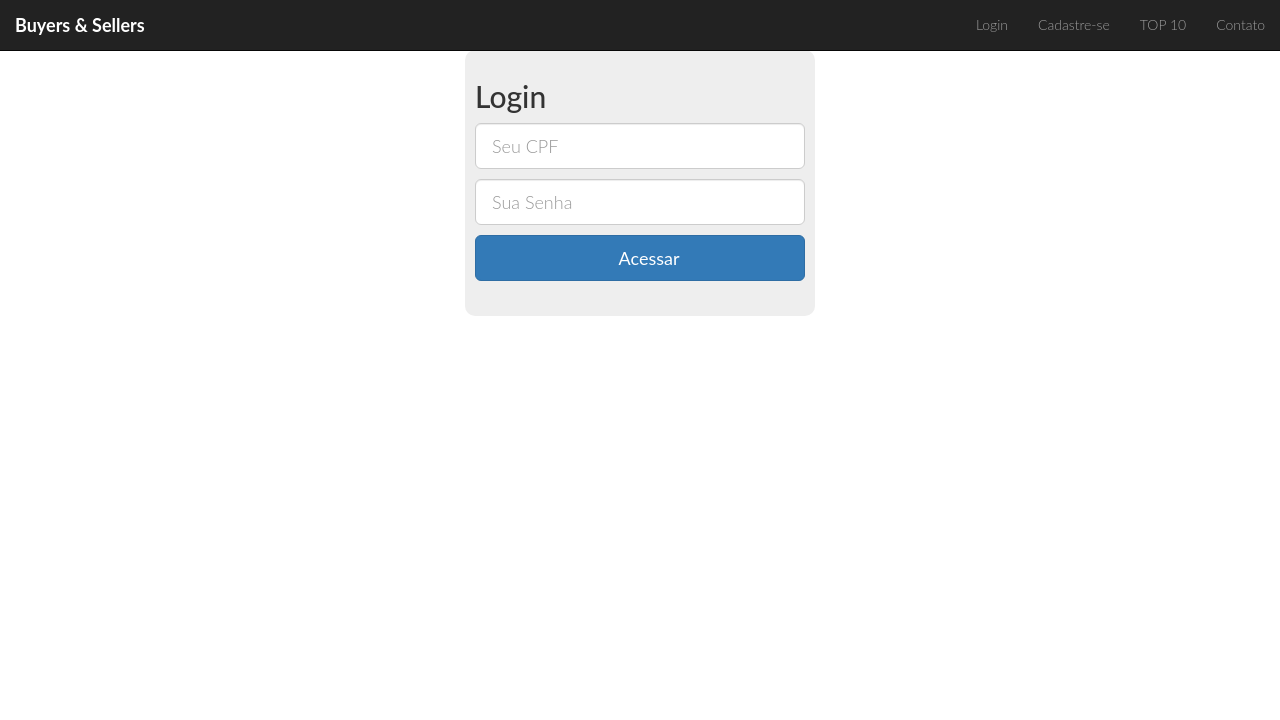
Repository: stefanyco/biblioteca
Page: http://localhost/Biblioteca/login.jsp
An editor plug-in stored every save of this project. The page is shown before and after the next save, followed by the edit.
The browser window is 1280 px wide. The pictures show the whole page.
Some web fonts or font styles are not loaded; a fallback is used. The page is served by Tomcat 9.

Above is the page before, as saved 2016-11-07 23:17:23.

After the next save:
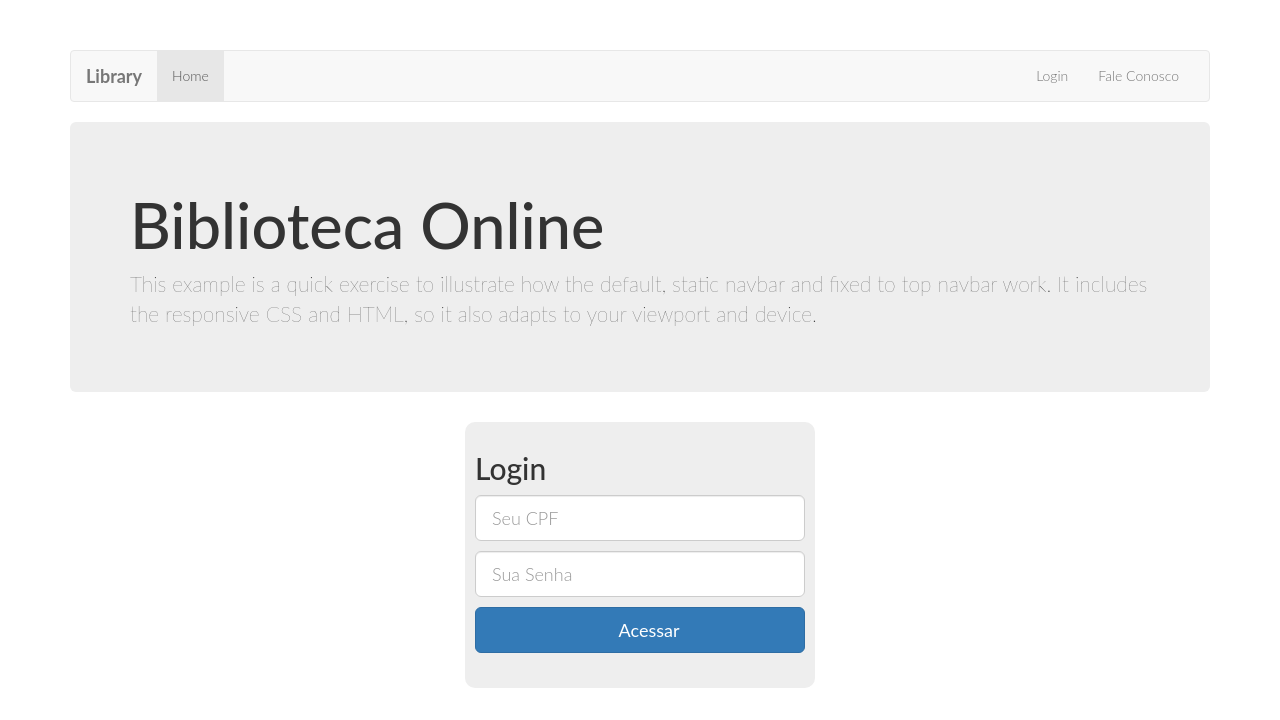
Saved 35 s later.
--- a/Sistema Biblioteca/Biblioteca/WebContent/login.jsp
+++ b/Sistema Biblioteca/Biblioteca/WebContent/login.jsp
@@ -13,29 +13,37 @@
 </head>
 <body>
 	<div class="container">
-		<nav class="navbar navbar-inverse navbar-fixed-top">
+
+		<!-- Static navbar -->
+		<nav class="navbar navbar-default">
 		<div class="container-fluid">
 			<div class="navbar-header">
-				<button type="button" class="navbar-toggle collapsed"
-					data-toggle="collapse" data-target="#navbar" aria-expanded="false"
-					aria-controls="navbar">
-					<span class="sr-only">Toggle navigation</span> <span
-						class="icon-bar"></span> <span class="icon-bar"></span> <span
-						class="icon-bar"></span>
-				</button>
-				<a class="navbar-brand" href="index.jsp">Buyers & Sellers</a>
+				<a class="navbar-brand" href="#">Library</a>
 			</div>
 			<div id="navbar" class="navbar-collapse collapse">
+				<ul class="nav navbar-nav">
+					<li class="active"><a href="#">Home</a></li>
+				</ul>
 				<ul class="nav navbar-nav navbar-right">
-					<li><a href="Login.jsp">Login</a></li>
-					<li><a href="adicionaPessoa.jsp">Cadastre-se</a></li>
-					<li><a href="#">TOP 10</a></li>
-					<li><a href="#">Contato</a></li>
+					<li><a href="login.jsp">Login</a></li>
+					<li><a href="contato.jsp">Fale Conosco</a></li>
 				</ul>
 			</div>
-			</div>
-		</nav>
+			<!--/.nav-collapse -->
+		</div>
+		<!--/.container-fluid --> </nav>
 
+		<!-- Main component for a primary marketing message or call to action -->
+		<div class="jumbotron">
+			<h1>Biblioteca Online</h1>
+			<p>This example is a quick exercise to illustrate how the
+				default, static navbar and fixed to top navbar work. It includes the
+				responsive CSS and HTML, so it also adapts to your viewport and
+				device.</p>
+		</div>
+
+	</div>
+	<!-- /container -->
 		<div class="container-fluid">
 			<div class="row-fluid">
 				<div class="col-xs-12">
